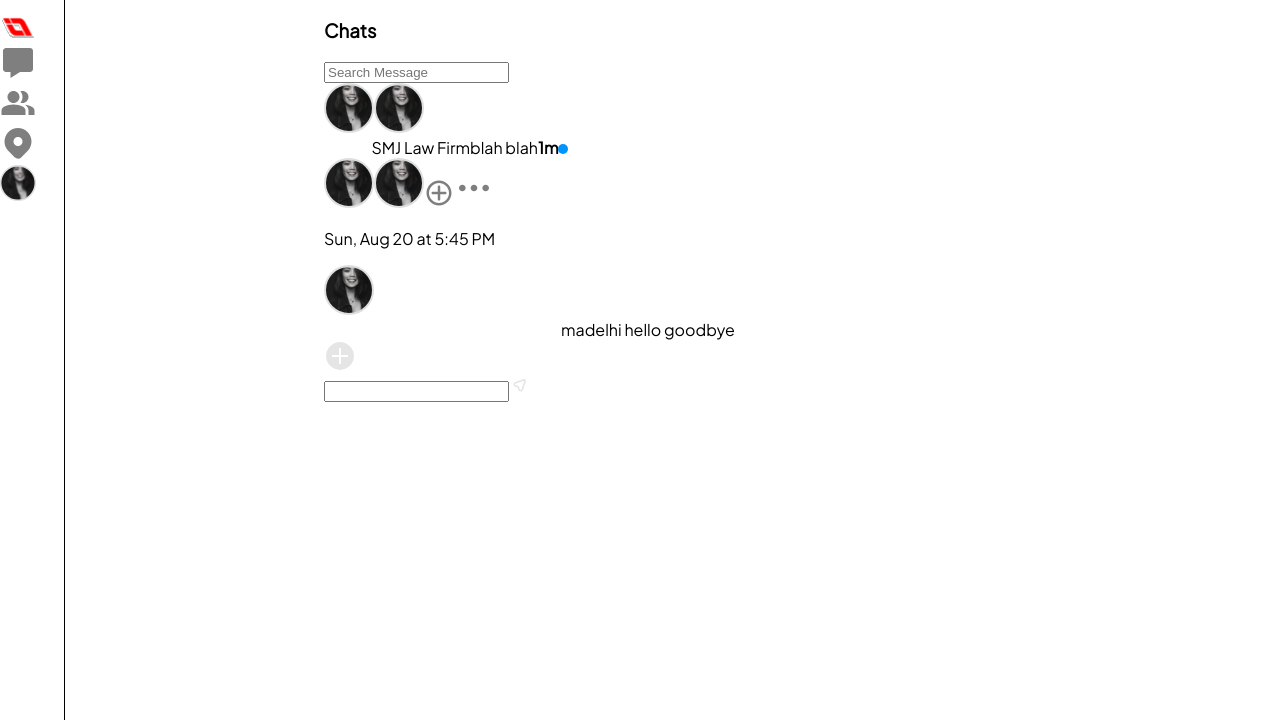
Repository: Nicktacku/LawChat
Page: /homechat (app in frontend/lawchat/)
An editor plug-in stored every save of this project. The page is shown before and after the next save, followed by the edit.
The browser window is 1280 px wide. The pictures show the whole page.
The project was rebuilt for these pictures with package versions that can differ from the ones it lists, and the page was loaded fresh each time. Also part of the build but not shown: frontend/lawchat/src/styles/button.css, frontend/lawchat/src/components/Button.js, frontend/lawchat/src/pages/Home.js, frontend/lawchat/src/pages/Login.js, frontend/lawchat/src/pages/Test.js.

Above is the page before, as saved 2024-08-15 14:18:18.

### frontend/lawchat/public/index.html
<!DOCTYPE html>
<html lang="en">
  <head>
    <meta charset="utf-8" />
    <link rel="icon" href="%PUBLIC_URL%/favicon.ico" />
    <meta name="viewport" content="width=device-width, initial-scale=1" />
    <meta name="theme-color" content="#000000" />
    <meta
      name="description"
      content="Web site created using create-react-app"
    />
    <link rel="apple-touch-icon" href="%PUBLIC_URL%/logo192.png" />
    <!--
      manifest.json provides metadata used when your web app is installed on a
      user's mobile device or desktop. See https://developers.google.com/web/fundamentals/web-app-manifest/
    -->
    <link rel="manifest" href="%PUBLIC_URL%/manifest.json" />
    <link
      href="https://fonts.googleapis.com/css?family=Plus Jakarta Sans"
      rel="stylesheet"
    />
    <!--
      Notice the use of %PUBLIC_URL% in the tags above.
      It will be replaced with the URL of the `public` folder during the build.
      Only files inside the `public` folder can be referenced from the HTML.

      Unlike "/favicon.ico" or "favicon.ico", "%PUBLIC_URL%/favicon.ico" will
      work correctly both with client-side routing and a non-root public URL.
      Learn how to configure a non-root public URL by running `npm run build`.
    -->
    <title>React App</title>
  </head>
  <body>
    <noscript>You need to enable JavaScript to run this app.</noscript>
    <div id="root"></div>
    <!--
      This HTML file is a template.
      If you open it directly in the browser, you will see an empty page.

      You can add webfonts, meta tags, or analytics to this file.
      The build step will place the bundled scripts into the <body> tag.

      To begin the development, run `npm start` or `yarn start`.
      To create a production bundle, use `npm run build` or `yarn build`.
    -->
  </body>
</html>

### frontend/lawchat/src/App.js
import Home from "./pages/Home.js";
import Login from "./pages/Login.js";
import HomeChat from "./pages/HomeChat.js";

import {
  createBrowserRouter,
  createRoutesFromElements,
  Route,
  RouterProvider,
} from "react-router-dom";
import Test from "./pages/Test.js";

const router = createBrowserRouter(
  createRoutesFromElements(
    <Route path="/">
      <Route index element={<Home />} />
      <Route path="/login" element={<Login />} />
      <Route path="/homechat" element={<HomeChat />} />
      <Route path="/test" element={<Test />} />
    </Route>
  )
);

function App() {
  return (
    <div className="App">
      {/* <Login /> */}
      <RouterProvider router={router} />
    </div>
  );
}

export default App;

### frontend/lawchat/src/pages/HomeChat.js
import React from "react";

import logo from "../images/logo.svg";
import chaticon from "../images/chaticon.svg";
import friendsicon from "../images/friendsicon.svg";
import locationicon from "../images/locationicon.svg";
import personaldp from "../images/personaldp.svg";

import newchaticon from "../images/newchaticon.svg";
import ChatPreview from "../components/ChatPreview";

import addicon from "../images/addicon.svg";
import tripledoticon from "../images/tripledoticon.svg";
import ChatBubble from "../components/ChatBubble";

import attachicon from "../images/attachicon.svg";

import sendicon from "../images/sendicon.svg";

import "../styles/homechat.css";

const HomeChat = () => {
  return (
    <div className="container">
      <div className="sidebar">
        <img src={logo} className="img" /> <br />
        <img src={chaticon} className="img" /> <br />
        <img src={friendsicon} className="img" /> <br />
        <img src={locationicon} className="img" /> <br />
        <img src={personaldp} className="img" /> <br />
      </div>
      <div className="chats">
        <h3 className="h3">
          <b>Chats</b>
        </h3>
        <image src={newchaticon} />
        <form>
          <input type="text" placeholder="Search Message" />
        </form>
        <ChatPreview name="SMJ Law Firm" preview="blah blah" />
      </div>
      <div className="chat">
        <div className="chat-bar">
          <img src={personaldp} />
          <img src={personaldp} />
          <img src={addicon} />
          <img src={tripledoticon} />
        </div>
        <div className="chat-content">
          <p>Sun, Aug 20 at 5:45 PM</p>
          <ChatBubble name="madel" message="hi hello goodbye" />
        </div>
        <div className="chatbox">
          <img src={attachicon} />
          <form>
            <input type="text" placeholder="" />
            <img src={sendicon} />
          </form>
        </div>
      </div>
    </div>
  );
};

export default HomeChat;

### frontend/lawchat/src/styles/home.css
body {
    font-family: 'Plus Jakarta Sans';
}

.body {
    padding-left: 5%;
    padding-right: 5%;
}

.navbar {
    overflow: hidden;
    border-bottom: 1px solid rgba(129, 133, 137, 0.3);
    padding-left: 3%;
    padding-right: 3%;
}



.nav-list {
    list-style-type: none;
    margin: 0;
    padding: 0;
    text-align: center;
}

.nav-item {
    float: right;
    padding: 2vh;
}

.logo{
    overflow: hidden;
    float:left;
}

.body-content {
    width: 40%;
    float: left;
    justify-content: center;
}

.body-image {
    width: 60%;
    float: right;
}

.h1{
    font-size: 18vh;
    margin-top: 30%;
}

.p {
    font-size: 5vh;
    color: gray;
}

.stores {
    justify-content: space-around;
}

.body-image {
    position: relative;
}

/* .body-image-content {
    position: absolute;
    width: 100px;
    height: 100px;
    border: 1px solid red;
} */

### frontend/lawchat/src/components/ChatPreview.js
import React from "react";

import personaldp from "../images/personaldp.svg";
import bluedot from "../images/bluedot.svg";

function ChatPreview(props) {
  return (
    <div className="container">
      <div className="images">
        <img src={personaldp} />
        <img src={personaldp} />
      </div>
      <div className="body">
        {props.name}
        {props.preview}
        <b>1m</b>
        <img src={bluedot} />
      </div>
    </div>
  );
}

export default ChatPreview;

### frontend/lawchat/src/components/ChatBubble.js
import React from "react";

import personaldp from "../images/personaldp.svg";

function ChatBubble(props) {
  return (
    <div className="container">
      <img src={personaldp} />
      <div className="chat">
        {props.name}
        {props.message}
      </div>
    </div>
  );
}

export default ChatBubble;

### frontend/lawchat/src/styles/homechat.css
.sidebar {
    height: 100%;
    width: 5%;
    position: fixed;
    top: 0;
    left: 0;
    overflow-x: hidden;
    padding-top: 16px;
    border-right: 1px solid black;
  }

.chat {
    margin-left: 25%
}

.chats {
    margin-left: 25%
}

.img{
    width: 5vh;
  }

Loaded but not shown: frontend/lawchat/src/index.js (common file)

After the next save:
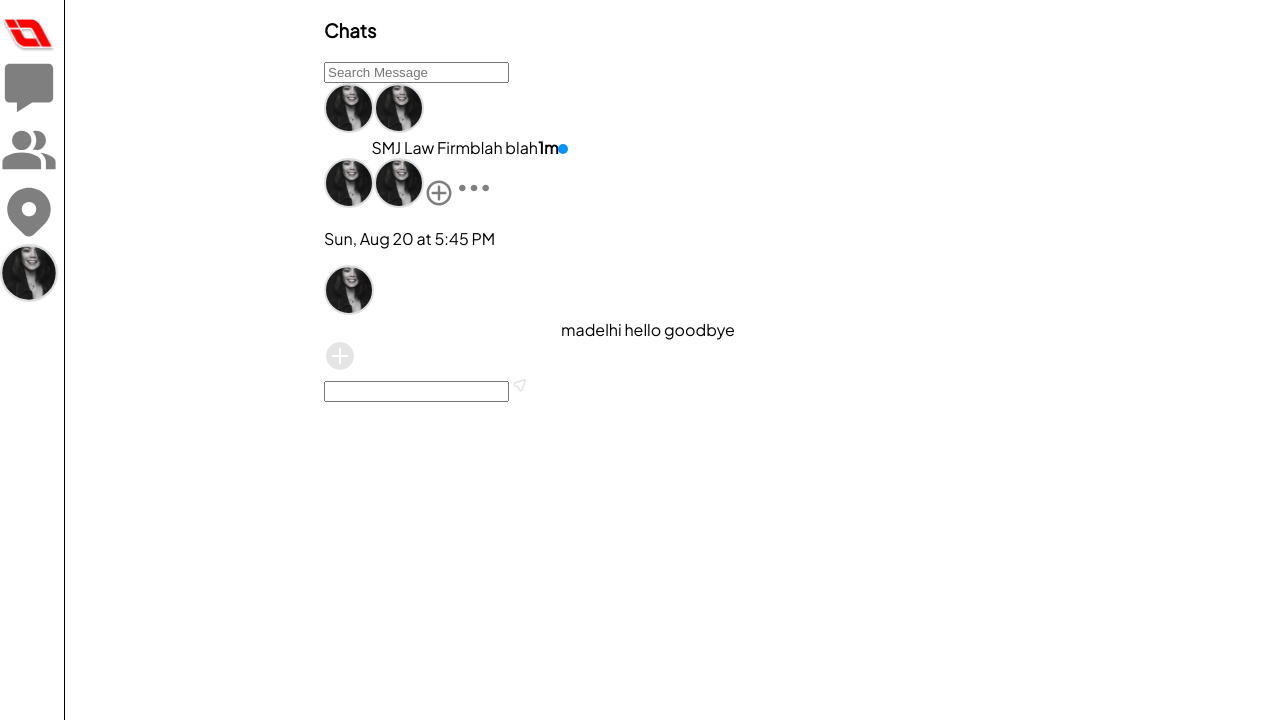
Saved 6 s later.
--- a/frontend/lawchat/src/styles/homechat.css
+++ b/frontend/lawchat/src/styles/homechat.css
@@ -18,5 +18,5 @@
 }
 
 .img{
-    width: 5vh;
+    width: 8vh;
   }
